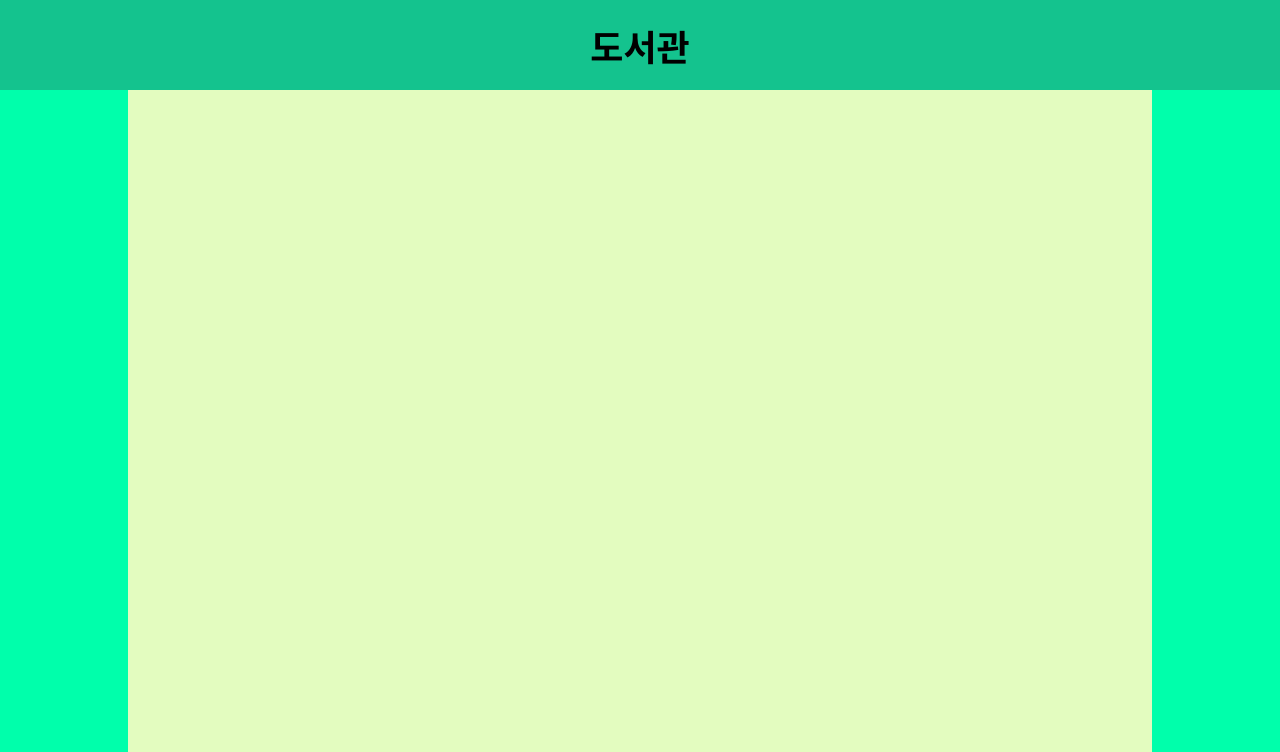
Repository: sojihwan/API_-Multi
Page: / (app in API/)
An editor plug-in stored every save of this project. The page is shown before and after the next save, followed by the edit.
The browser window is 1280 px wide. The pictures show the whole page.
The project was rebuilt for these pictures with package versions that can differ from the ones it lists, and the page was loaded fresh each time. Also part of the build but not shown: API/src/App.css.

Above is the page before, as saved 2022-05-24 16:21:20.

### API/src/App.js
import "./App.css";
import Layout from "./Layout/Layout";

function App() {
  return (
    <div>
      <Layout />
    </div>
  );
}

export default App;

### API/src/Layout/layout.js
import React from "react";
import "./Layout.css";
import Section from "./Section";

function Layout() {
  return (
    <div className="layout">
      <header>도서관</header>
      <main>
        <aside></aside>
        <Section />
        <aside></aside>
      </main>
    </div>
  );
}

export default Layout;

### API/src/Layout/layout.css
@import url('https://fonts.googleapis.com/css2?family=Noto+Sans+KR:wght@100&display=swap');

.layout {
  box-sizing: border-box;
  font-family: 'Noto Sans KR', sans-serif;
}

header {
  top: 0px;
  width: 100%;
  height: 90px;
  line-height: 90px;
  text-align: center;
  background: #14C38E;
  font-size: 36px;
  font-weight: bolder;
}

aside {
  top: 90px;
  background: #00FFAB;
}

main aside:first-child {
  position: absolute;
  left: 0;
  width: 10%;
  height: 91.9%;
}

main {
  display: flex;
  justify-content: center;
  align-items: center;
  min-height: 91.9vh;
  background: #E3FCBF;
}

main aside:last-child {
  position: absolute;
  right: 0;
  width: 10%;
  height: 91.9%;
}

### API/src/Layout/Section.js
import React from "react";
import "../Layout/Section.css";

function Section() {
  return (
    <div className="section">
      <div></div>
    </div>
  );
}

export default Section;

### API/src/Layout/Section.css
.section {
  width: 70%;
  padding: 290px 0;
  text-align: center;
  background: #E3FCBF;
}

Loaded but not shown: API/public/index.html (common file); API/src/index.js (common file); API/src/index.css (common file); API/src/reportWebVitals.js (common file)

After the next save:
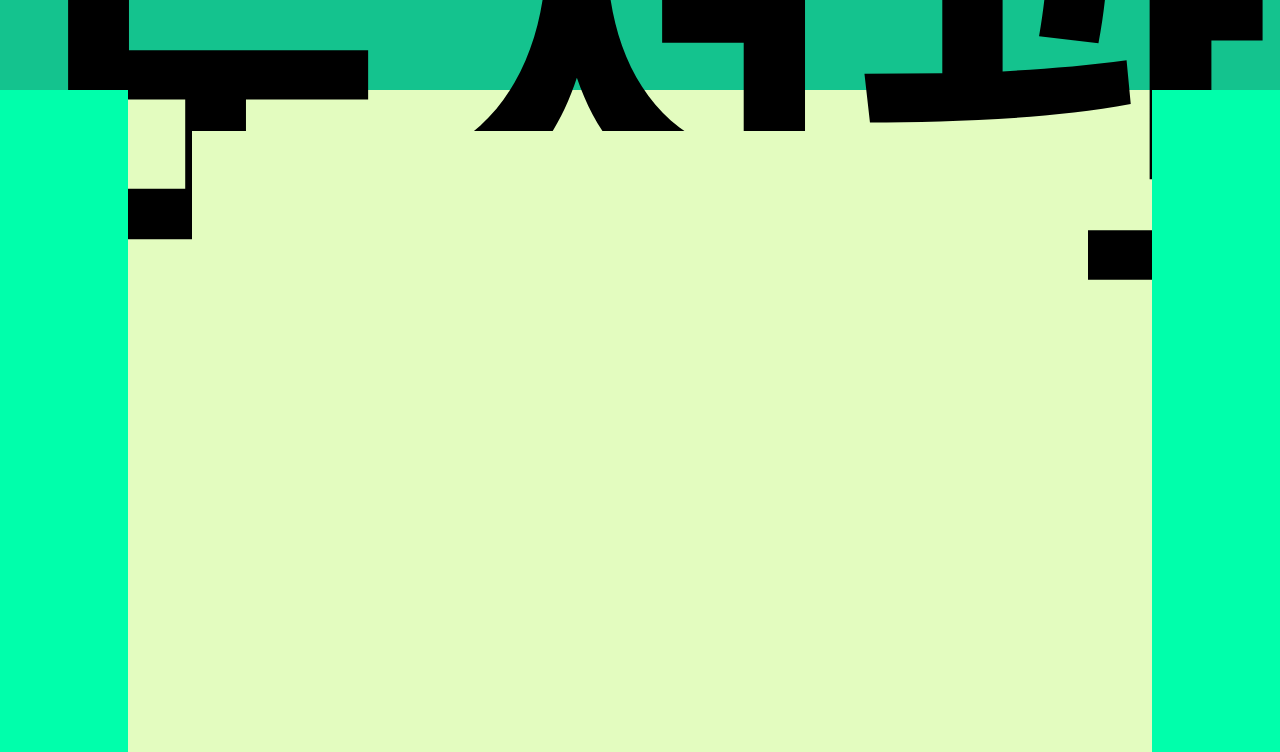
Saved 42 s later.
--- a/API/src/Layout/layout.css
+++ b/API/src/Layout/layout.css
@@ -12,7 +12,7 @@
   line-height: 90px;
   text-align: center;
   background: #14C38E;
-  font-size: 36px;
+  font-size: 36vw;
   font-weight: bolder;
 }
 

After the save that followed:
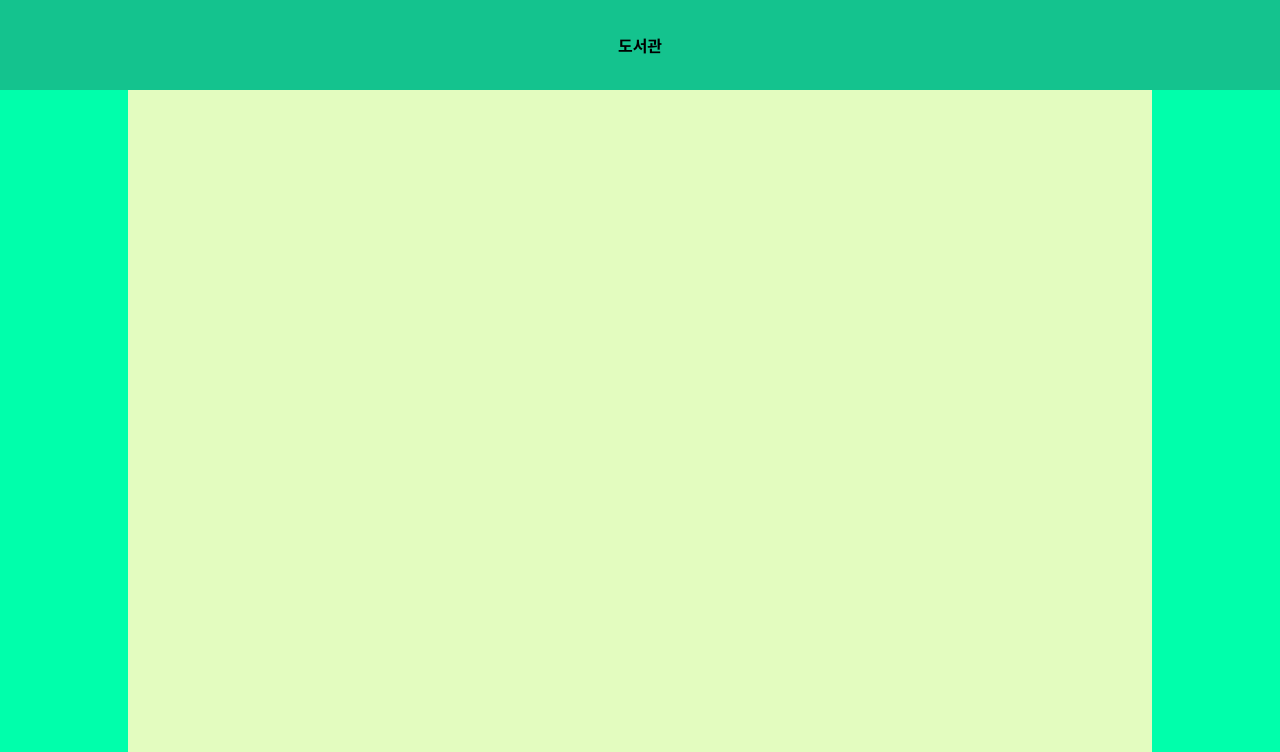
Saved 4 s later.
--- a/API/src/Layout/layout.css
+++ b/API/src/Layout/layout.css
@@ -12,7 +12,7 @@
   line-height: 90px;
   text-align: center;
   background: #14C38E;
-  font-size: 36vw;
+  font-size: 36vp;
   font-weight: bolder;
 }
 
